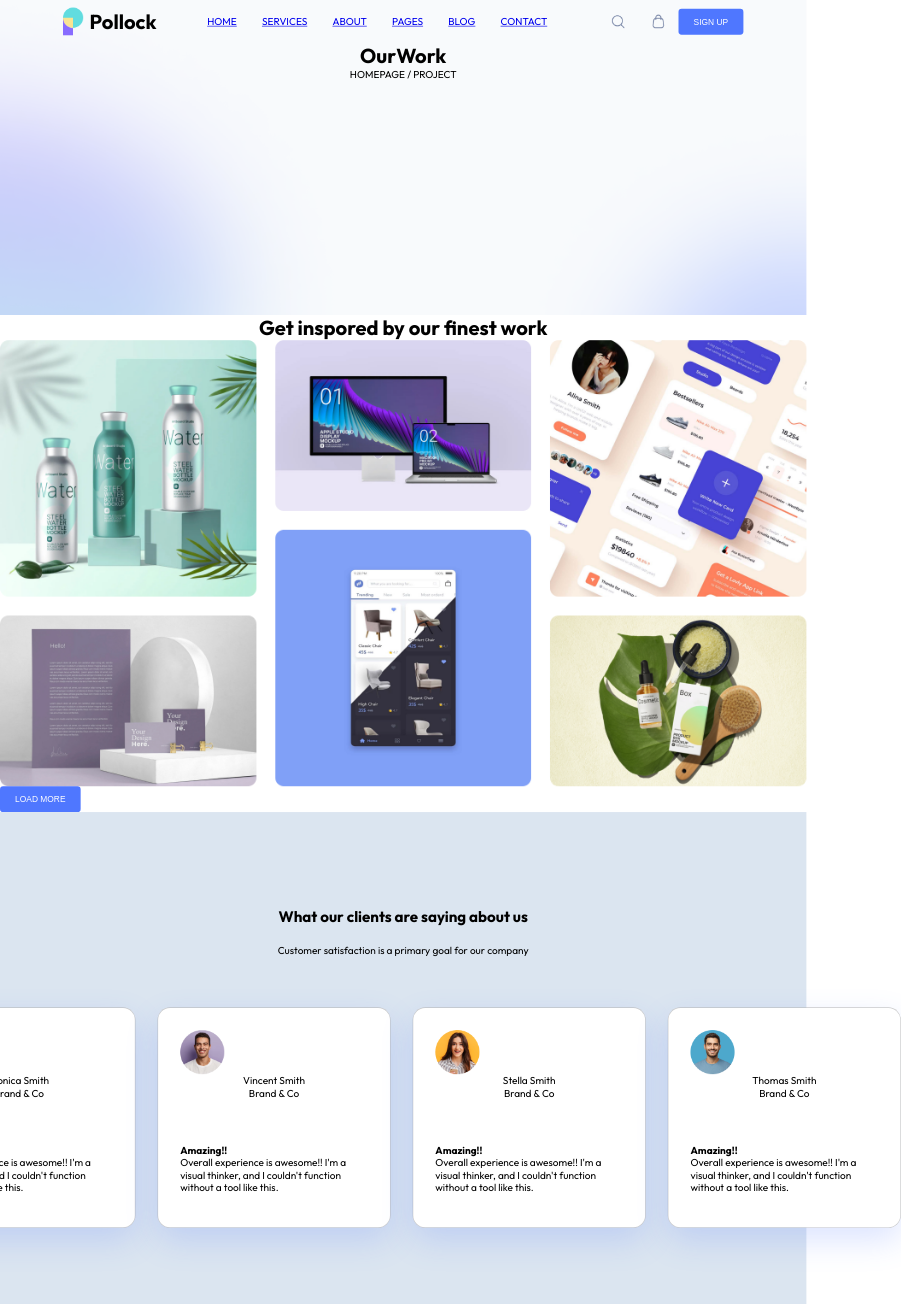
Repository: Nam936/exercises
Page: index.html
An editor plug-in stored every save of this project. The page is shown before and after the next save, followed by the edit.
The browser window is 1280 px wide. The page is 1430 px wide, so the pictures cover 1430 px, including what lies to the right of the window. The pictures show the whole page, at 63% of full size.

Above is the page before, as saved 2022-12-30 14:00:03.

### index.html
<!DOCTYPE html>
<html lang="en">
<head>
    <meta charset="UTF-8">
    <meta http-equiv="X-UA-Compatible" content="IE=edge">
    <meta name="viewport" content="width=device-width, initial-scale=1.0">
    <title>Pollock</title>
    <link href="https://fonts.googleapis.com/css2?family=Outfit:wght@400;500;600;700&display=swap" rel="stylesheet">
    <link rel="stylesheet" href="style.css">
</head>
<body>
<div id="wrap">
    <div class="bg_header">
        <div class="container">
            <div class="header">
                <div class="menu_header">
                    <h1 class="logo">
                        <img src="/img/Frame_header.png" alt="logo">
                        <p class="txt_header">Pollock</p>
                    </h1>
                    <div class="lst_header">
                        <ul>
                            <li><a href="#">HOME</a></li>
                            <li><a href="#">SERVICES</a></li>
                            <li><a href="#">ABOUT</a></li>
                            <li><a href="#">PAGES</a></li>
                            <li><a href="#">BLOG</a></li>
                            <li><a href="#">CONTACT</a></li>
                        </ul>
                        </div>
                        <div class="icon_header">
                            <img class="search" src="/img/Iconex/Search_header.png" alt="">
                            <img class="cart" src="/img/Iconex/Bag_header.png" alt="">
                            <button>SIGN UP</button>
                        </div>
                    </div>
                </div>
                <div class="txt_ct">
                    <h1>OurWork</h1>
                    <p>HOMEPAGE / PROJECT</p>
                </div>
            </div>
        </div>
    </div>
    <div class="main">
        <div class="tit_main">
            <h1>Get inspored by our finest work</h1>
        </div>
            <div class="prod_main">
                <div class="prod_itm">
                    <img src="/img/main_img/1.png "alt="">
                    <img src="/img/main_img/2.png" alt="">
                </div>
                <div class="prod_itm">
                    <img src="/img/main_img/3.png" alt="">
                    <img src="/img/main_img/4.png" alt="">
                </div>
                <div class="prod_itm">
                    <img src="/img/main_img/5.png" alt="">
                    <img src="/img/main_img/6.png" alt="">
            </div>
        </div>
        <div class="button">
            <button>LOAD MORE</button>
        </div>



    <div class="member">
        <div class="head_mem">
            <div class="tit_mem">
                <h2>What our clients are saying about us</h2>
                <p>Customer satisfaction is a primary goal for our company</p>
            </div>
            <!-- <div class="scroll"></div> -->
        </div>
        <div class="slide">
            <div class="tag">
                <div class="tag_itm">
                    <div class="tag_avatar">
                        <div class="tag_cont">
                            <img src="/img/avatar/Avatar.png" alt="">
                            <div class="name_mem">
                                <span>Monica Smith</span>
                                <p>Brand & Co</p>
                            </div>
                        </div>
                    </div>
                    <div class="txt">
                        <strong>Amazing!!</strong>
                        <p>Overall experience is awesome!! I'm a visual thinker, and I couldn't function without a tool like this.</p>
                    </div>
                </div>
            </div>
            <div class="tag">
                <div class="itm">
                    <div class="tag_avatar">
                        <div class="tag_cont">
                            <img src="/img/avatar/Avatar2.png" alt="">
                            <div class="name_mem">
                                <span>Vincent Smith</span>
                                <p>Brand & Co</p>
                            </div>
                        </div>

                    </div>
                    <div class="txt">
                        <strong>Amazing!!</strong>
                        <p>Overall experience is awesome!! I'm a visual thinker, and I couldn't function without a tool like this.</p>
                    </div>
                </div>
            </div>
            <div class="tag">
                <div class="tag_itm">
                    <div class="tag_avatar">
                        <dv class="tag_cont">
                            <img src="/img/avatar/Avatar3.png" alt="">
                            <div class="name_mem">
                                <span>Stella Smith</span>
                                <p>Brand & Co</p>
                            </div>
                        </dv>
                    </div>
                    <div class="txt">
                        <strong>Amazing!!</strong>
                        <p>Overall experience is awesome!! I'm a visual thinker, and I couldn't function without a tool like this.</p>
                    </div>
                </div>
            </div>
            <div class="tag">
                <div class="tag_itm">
                    <div class="tag_avatar">
                        <div class="tag_cont">
                            <img src="/img/avatar/Avatar4.png" alt="">
                            <div class="name_mem">
                                <span>Thomas Smith</span>
                                <p>Brand & Co</p>
                            </div>
                        </div>
                    </div>
                    <div class="txt">
                        <strong>Amazing!!</strong>
                        <p>Overall experience is awesome!! I'm a visual thinker, and I couldn't function without a tool like this.</p>
                    </div>
                </div>
            </div>
        </div>
    </div>
    </div>

</div>
</body>
</html>

### style.css
* {
    margin: 0;
    padding: 0;
    box-sizing: border-box;
}
body{
    font-family: 'Outfit', sans-serif;
}

.bg_header{
    width: 100%;
    height: 500px;
    background-image: url(/img/Hero_background.png);
}
.container{
    max-width: 1170px;
    margin: 0px auto;
    padding: 0px 15px;
    width: 100%;
}
header{display: flex;}
.menu_header{display: flex;justify-content: space-around;align-items: center;}
.menu_header img{width: 32px; height: 44px;}
.logo {display: flex; align-items: center;}
.txt_header{padding-left: 10px;}
.lst_header ul{display: flex; list-style-type: none;}
.lst_header ul li{margin: 22px 20px;}

.icon_header{display: flex; align-items: center;}
.icon_header img{ width: 24px; height: 24px;}
.cart,.search{margin: 22px 20px;}
button{background-color:#4F77FF; border: 0px; border-radius: 5px; padding:13px 24px; color: #fff;}

.txt_ct{text-align: center;}


/* main_content */
.tit_main{text-align: center;}



/* .prod_main div{margin: 30px;} */

.prod_main{display:flex; gap: 30px;}
img{display: block; width: 100%;}
.prod_itm :first-child{margin-bottom: 30px;}

/* member style */
.member{background:#dbe5f0; width: 100%; height: 781px;}
.head_mem{margin-bottom: 80px;}
.tit_mem{text-align: center; padding-top: 120px;}
h2{margin: 30px;}

/*      */
.slide{display: grid; grid-template-columns: 375px 375px 375px 375px ; justify-content: center; gap: 30px;}
.tag{width: 370px; height: 350px; border: 1px solid rgba(0,0,0,0.2); border-radius: 20px; background: #fff;box-shadow: 0px 20px 50px rgba(79, 119, 255, 0.2); }
.tag_avatar img{display: block; width: 70px; height: 70px;}
.tag_avatar{padding: 35px;}
.name_mem{text-align: center;}

.txt{padding: 35px; align-items: ;}

After the next save:
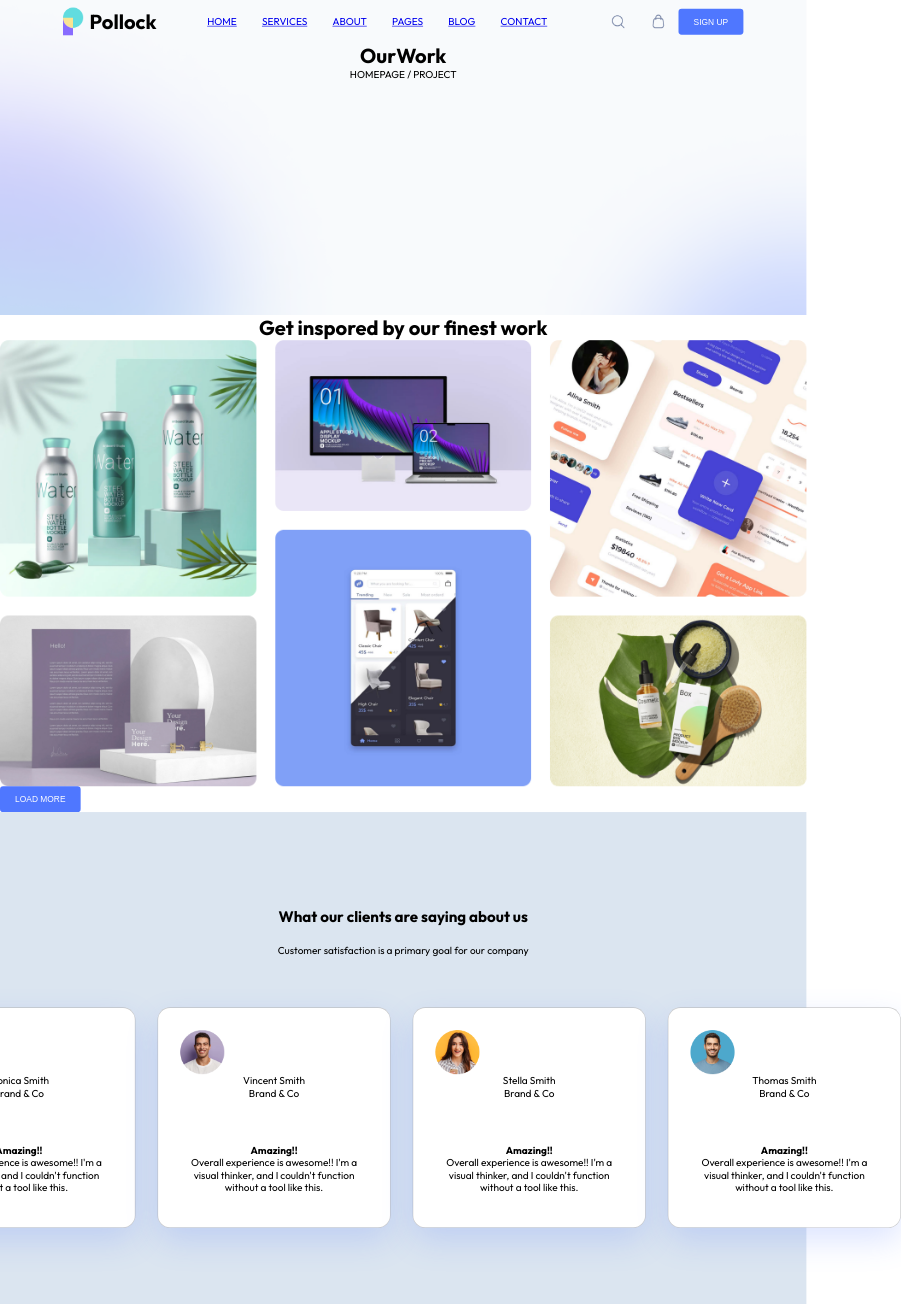
Saved 6 s later.
--- a/style.css
+++ b/style.css
@@ -58,4 +58,4 @@ h2{margin: 30px;}
 .tag_avatar{padding: 35px;}
 .name_mem{text-align: center;}
 
-.txt{padding: 35px; align-items: ;}
+.txt{padding: 35px; text-align: center;}
